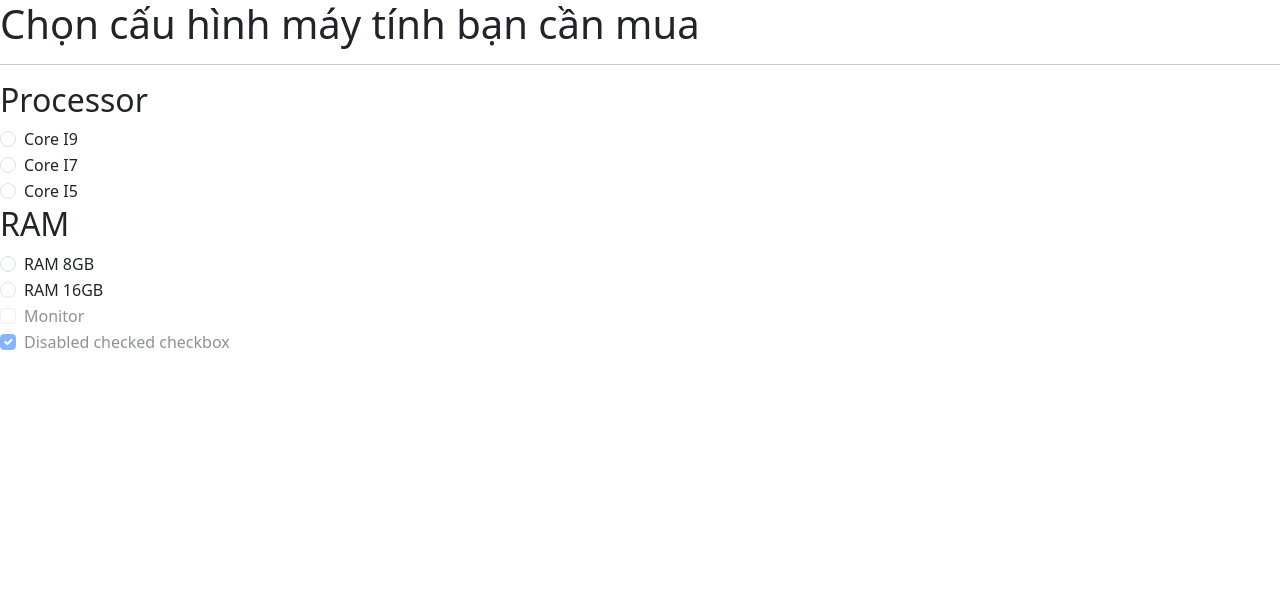
Repository: vnmk1/jsp_servlet-tutorials
Page: http://localhost/Bai7_BaiTapJSP/muaMayTinh.jsp
The author's editor kept a copy of each file at every save. The page is drawn from the files as they stood at one save, then again after the next save.
The browser window is 1280 px wide. The pictures show the whole page.
The page is served by Tomcat 9.

Above is the page before, as saved 2023-07-19 08:39:57.

### Bai7_BaiTapJSP/src/main/webapp/muaMayTinh.jsp
<%@ page language="java" contentType="text/html; charset=UTF-8"
	pageEncoding="UTF-8"%>
<!DOCTYPE html>
<html>
<head>
<meta charset="UTF-8">
<title>Mua máy tính</title>
<link
	href="https://cdn.jsdelivr.net/npm/bootstrap@5.3.0/dist/css/bootstrap.min.css"
	rel="stylesheet"
	integrity="sha384-9ndCyUaIbzAi2FUVXJi0CjmCapSmO7SnpJef0486qhLnuZ2cdeRhO02iuK6FUUVM"
	crossorigin="anonymous">
<script
	src="https://cdn.jsdelivr.net/npm/@popperjs/core@2.11.8/dist/umd/popper.min.js"
	integrity="sha384-I7E8VVD/ismYTF4hNIPjVp/Zjvgyol6VFvRkX/vR+Vc4jQkC+hVqc2pM8ODewa9r"
	crossorigin="anonymous"></script>
<script
	src="https://cdn.jsdelivr.net/npm/bootstrap@5.3.0/dist/js/bootstrap.min.js"
	integrity="sha384-fbbOQedDUMZZ5KreZpsbe1LCZPVmfTnH7ois6mU1QK+m14rQ1l2bGBq41eYeM/fS"
	crossorigin="anonymous"></script>
</head>
<body>
	<h1>Chọn cấu hình máy tính bạn cần mua</h1>
	<hr />
	<form>
		<h2>Processor</h2>
		<div class="form-check">
			<input class="form-check-input" type="radio" name="processor"
				id="corei9" value="Core I9"> <label class="form-check-label"
				for="corei9">Core I9</label>
		</div>
		<div class="form-check">
			<input class="form-check-input" type="radio" name="processor"
				id="corei7" value="Core I7"> <label class="form-check-label"
				for="corei7"> Core I7</label>
		</div>
		<div class="form-check">
			<input class="form-check-input" type="radio" name="processor"
				id="corei5" value="Core I5"> <label class="form-check-label"
				for="corei5"> Core I5</label>
		</div>

		<h2>RAM</h2>
		<div class="form-check">
			<input class="form-check-input" type="radio" name="ram" id="ram8g"
				value="RAM 8GB"> <label class="form-check-label" for="ram8g">RAM
				8GB</label>
		</div>
		<div class="form-check">
			<input class="form-check-input" type="radio" name="ram" id="ram16g"
				value="RAM 16GB"> <label class="form-check-label"
				for="ram16g">RAM 16GB</label>
		</div>

		<div class="form-check">
			<input class="form-check-input" type="checkbox" value="Monitor"
				id="monitor" disabled> <label class="form-check-label"
				for="monitor"> Monitor </label>
		</div>
		<div class="form-check">
			<input class="form-check-input" type="checkbox" value=""
				id="flexCheckCheckedDisabled" checked disabled> <label
				class="form-check-label" for="flexCheckCheckedDisabled">
				Disabled checked checkbox </label>
		</div>
	</form>
</body>
</html>

After the next save:
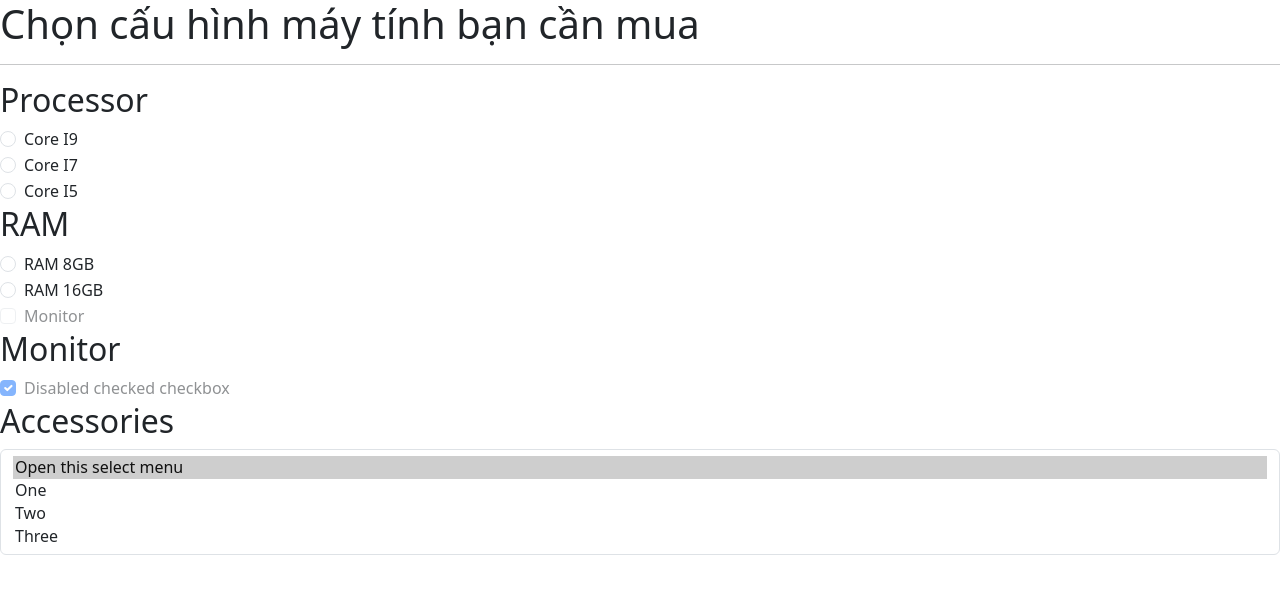
Saved 2 min 11 s later.
--- a/Bai7_BaiTapJSP/src/main/webapp/muaMayTinh.jsp
+++ b/Bai7_BaiTapJSP/src/main/webapp/muaMayTinh.jsp
@@ -57,12 +57,20 @@
 				id="monitor" disabled> <label class="form-check-label"
 				for="monitor"> Monitor </label>
 		</div>
+		<h2>Monitor</h2>
 		<div class="form-check">
 			<input class="form-check-input" type="checkbox" value=""
 				id="flexCheckCheckedDisabled" checked disabled> <label
 				class="form-check-label" for="flexCheckCheckedDisabled">
 				Disabled checked checkbox </label>
 		</div>
+		<h2>Accessories</h2>
+		<select class="form-select" multiple aria-label="multiple select example">
+  <option selected>Open this select menu</option>
+  <option value="1">One</option>
+  <option value="2">Two</option>
+  <option value="3">Three</option>
+</select>
 	</form>
 </body>
 </html>
